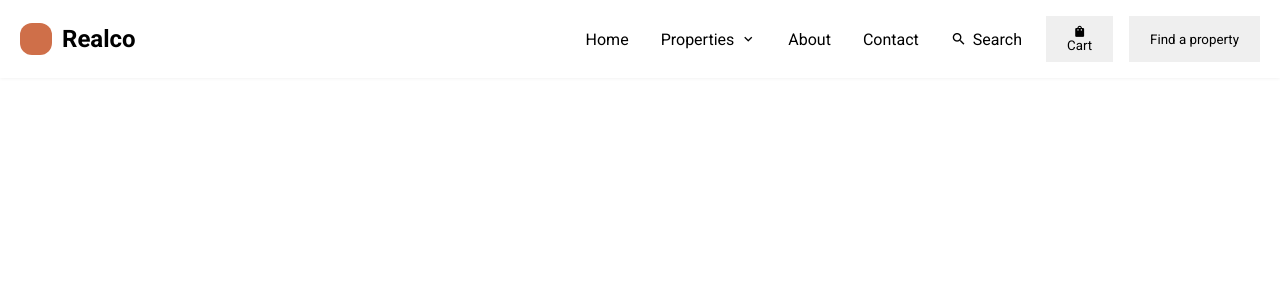
Repository: bek77g/realco
Page: index.html
The author's editor kept a copy of each file at every save. The page is drawn from the files as they stood at one save, then again after the next save.
The browser window is 1280 px wide. The pictures show the whole page.
The style sheet was rebuilt from its Sass, Less or Tailwind sources for each picture, by a compiler version that may differ from the author's.

Above is the page before, as saved 2023-04-13 21:11:14.

### index.html
<!DOCTYPE html>
<html lang="en">
  <head>
    <meta charset="UTF-8" />
    <meta http-equiv="X-UA-Compatible" content="IE=edge" />
    <meta name="viewport" content="width=device-width, initial-scale=1.0" />
    <title>Realco</title>
    <link rel="preconnect" href="https://fonts.googleapis.com" />
    <link rel="preconnect" href="https://fonts.gstatic.com" crossorigin />
    <link
      href="https://fonts.googleapis.com/css2?family=Roboto:ital,wght@0,400;0,700;0,900;1,400;1,700;1,900&display=swap"
      rel="stylesheet"
    />
    <link
      href="https://fonts.googleapis.com/icon?family=Material+Icons"
      rel="stylesheet"
    />
    <link rel="stylesheet" href="./src/styles/style.css" />
  </head>
  <body>
    <header class="header">
      <div class="container">
        <div class="header__row">
          <div class="logo header__logo">
            <div class="logo__box"></div>
            <h2 class="logo__name">Realco</h2>
          </div>
          <nav class="header__nav">
            <ul class="header__menu">
              <li class="header__menu-item"><a href="#">Home</a></li>
              <li class="header__menu-item">
                <a href="#"
                  >Properties <span class="icon">expand_more</span>
                </a>
              </li>
              <li class="header__menu-item"><a href="#">About</a></li>
              <li class="header__menu-item"><a href="#">Contact</a></li>
              <li class="header__menu-item">
                <a href="#"> <span class="icon">search</span> Search</a>
              </li>
            </ul>
            <div class="header__buttons">
              <button class="header__buttons-btn">
                <span class="icon">shopping_bag</span> Cart
              </button>
              <button class="header__buttons-btn">Find a property</button>
            </div>
          </nav>
        </div>
      </div>
    </header>
    <main></main>
    <footer></footer>
  </body>
</html>

### src/styles/style.scss
@import './reset';

.container {
  max-width: 1320px;
  padding: 0 20px;
  margin: 0 auto;
}

@import './global';
@import './header';

### src/styles/_reset.scss
* {
  margin: 0;
  padding: 0;
  box-sizing: border-box;
}
ul,
ol {
  list-style: none;
}
img {
  width: 100%;
}
a {
  color: inherit;
}
button {
  border: none;
  cursor: pointer;
}
a {
  text-decoration: none;
}

### src/styles/_global.scss
* {
  font-family: 'Roboto', sans-serif;
}

.icon {
  font-family: 'Material Icons';
  font-style: normal;
  font-weight: 400;
  display: block;
  height: -webkit-fit-content;
  height: -moz-fit-content;
  height: fit-content;
}

.logo {
  display: flex;
  align-items: center;
  gap: 10px;
  &__box {
    width: 32px;
    height: 32px;
    background: #cf6f49;
    border-radius: 12px;
  }
  &__name {
    font-weight: bold;
  }
}

### src/styles/_header.scss
.header {
  background: #ffffff;
  box-shadow: 0px 0px 4px rgba(0, 0, 0, 0.08);
  padding: 16px 0;
  &__row {
    display: flex;
    justify-content: space-between;
    align-items: center;
  }
  &__nav {
    display: flex;
    align-items: center;
    gap: 8px;
  }
  &__menu {
    padding: 9px 16px;
    display: flex;
    gap: 32px;
    &-item {
      & a {
        display: flex;
        gap: 6px;
        align-items: center;
      }
    }
  }
  &__buttons {
    display: flex;
    gap: 16px;
    &-btn {
      padding: 9px 21px;
    }
  }
}

After the next save:
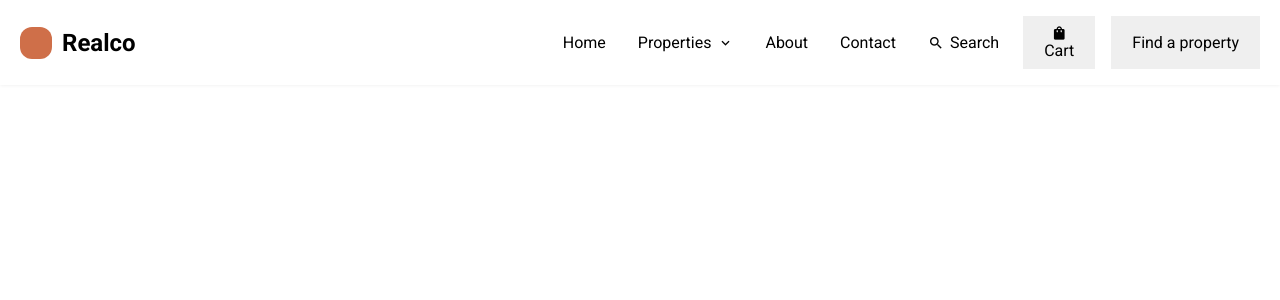
Saved 16 s later.
--- a/src/styles/_header.scss
+++ b/src/styles/_header.scss
@@ -28,6 +28,9 @@
     display: flex;
     gap: 16px;
     &-btn {
+      font-style: normal;
+      font-weight: 400;
+      font-size: 16px;
       padding: 9px 21px;
     }
   }
